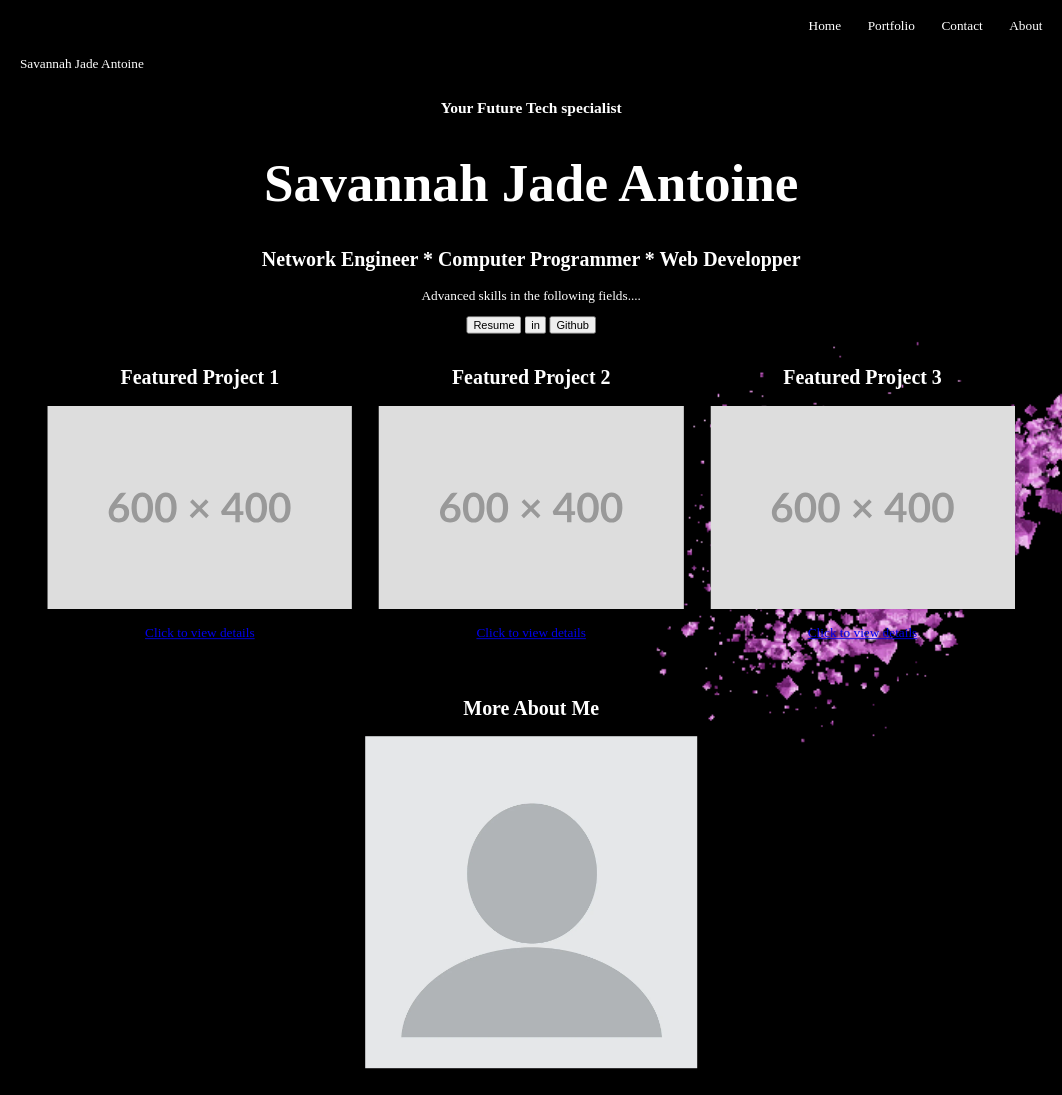
Repository: Savannah-Antoine/Savannah-Antoine
Page: index.html
An editor plug-in stored every save of this project. The page is shown before and after the next save, followed by the edit.
The browser window is 1280 px wide. The pictures show the whole page, at 83% of full size.

Above is the page before, as saved 2026-05-15 12:10:14.

After the next save:
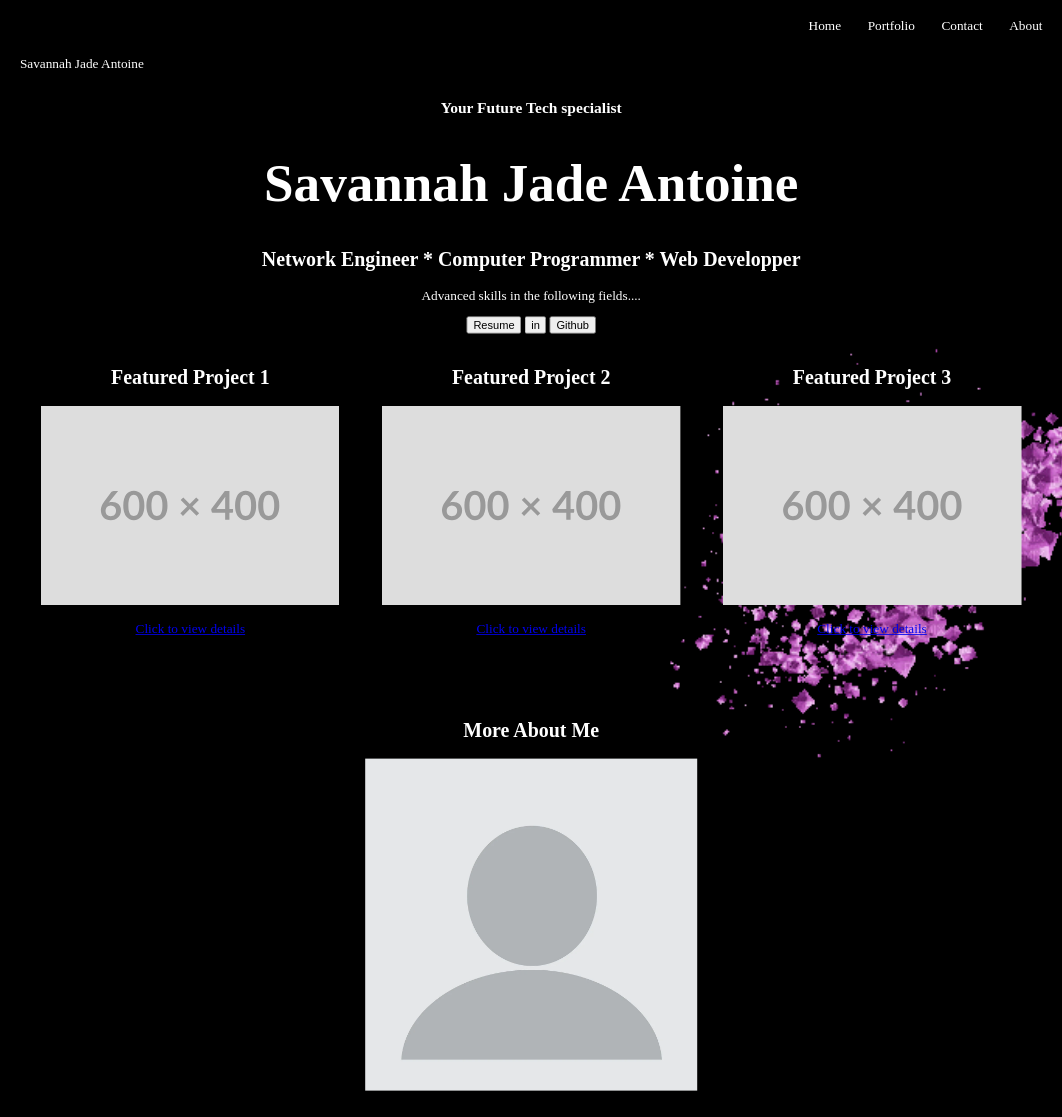
Saved 7 s later.
--- a/styles/index.css
+++ b/styles/index.css
@@ -35,22 +35,22 @@ img{
         min-width: 250px;
         text-align: center;
     }
-}
-    section{
 
-    width: 30%;
-}
-
-    .container{
-          display:flex;
-          flex-direction: row;
-          flex-wrap: wrap;
-          justify-content: center;
+    .aboutMe{
+        width: 100%;
+        text-align: center;
+        margin-top: 2rem;
 
     }
 }
 
+
+
+
 @media screen and (min-width: 1000px)
 {
-
+    .container {
+        max-width: 1200px;
+        margin: 0 auto;
+    }
 }
